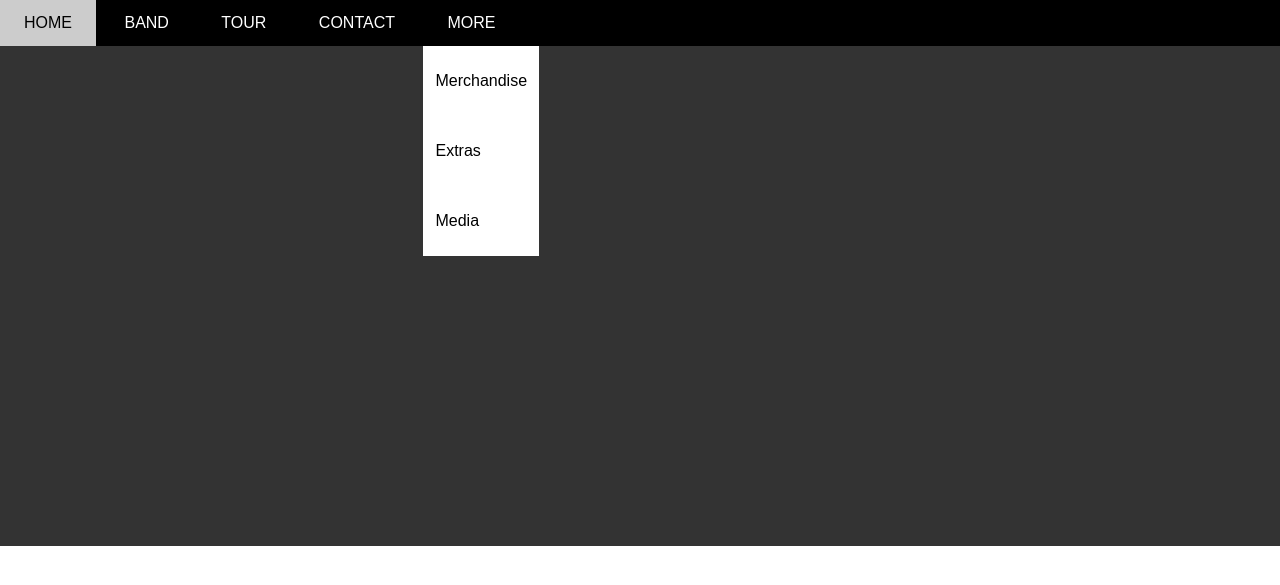
Repository: Thanhtrunghoang123/the-band
Page: index.html
An editor plug-in stored every save of this project. The page is shown before and after the next save, followed by the edit.
The browser window is 1280 px wide. The pictures show the whole page.

Above is the page before, as saved 2022-07-18 09:34:06.

After the next save:
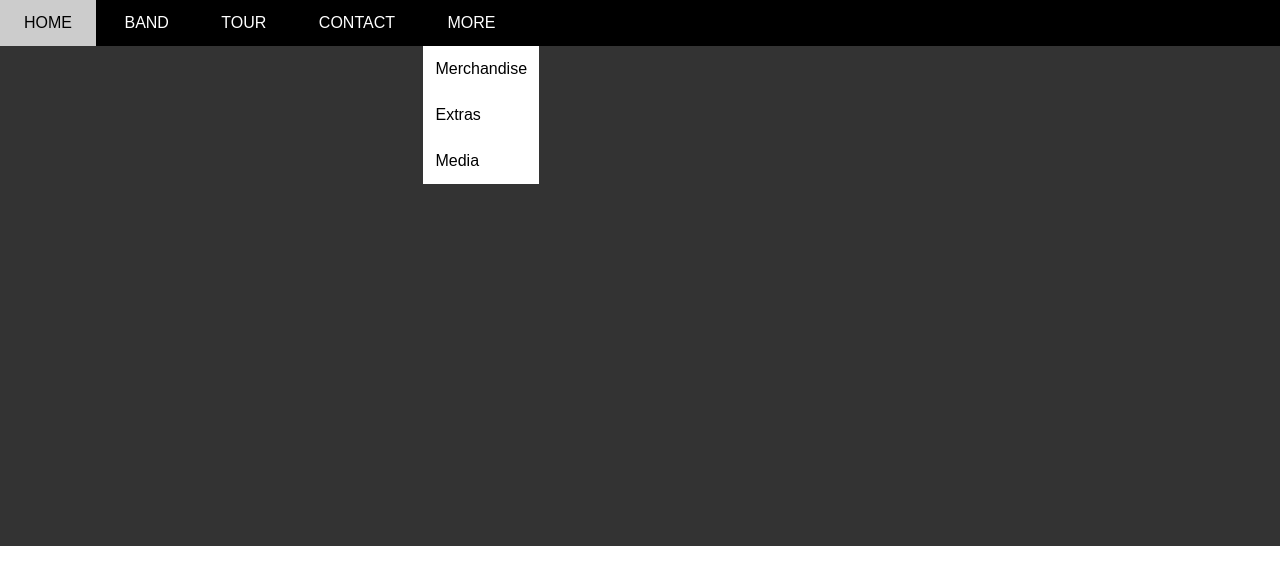
Saved 10 s later.
--- a/assest/css/style.css
+++ b/assest/css/style.css
@@ -50,7 +50,7 @@
 }
 #nav .subnav a{
     color: #000;
-    padding: 12px;
+    padding:  0px 12px;
 
 }
 #slider{
